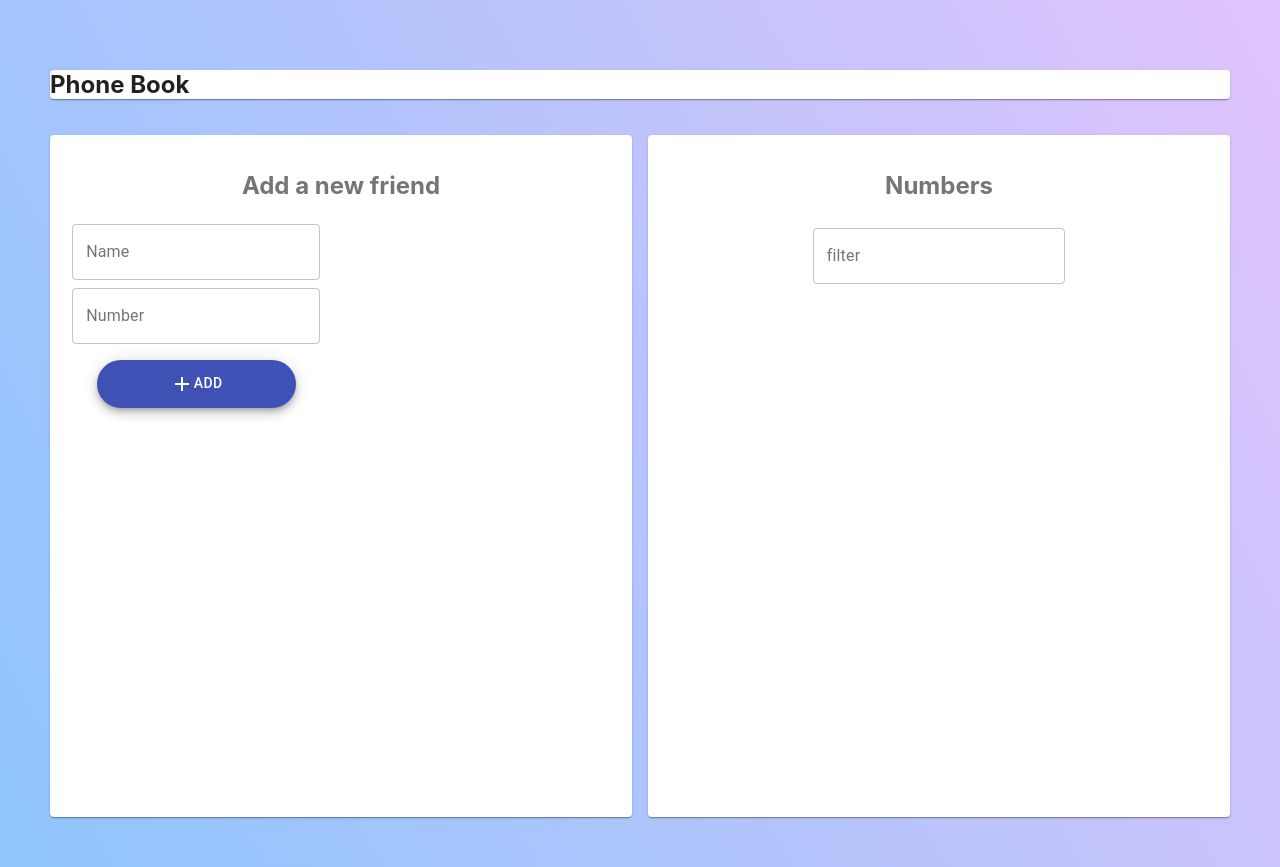
Repository: StacyLafume/phone-book
Page: / (app in phone-book/)
The author's editor kept a copy of each file at every save. The page is drawn from the files as they stood at one save, then again after the next save.
The browser window is 1280 px wide. The pictures show the whole page.
The page's requests for data from a server got no answer. The project was rebuilt for these pictures with package versions that can differ from the ones it lists, and the page was loaded fresh each time. No one was signed in, and anything a server would have sent is missing. Also part of the build but not shown: phone-book/src/PhoneBook.js.

Above is the page before, as saved 2021-04-02 02:23:05.

After the next save:
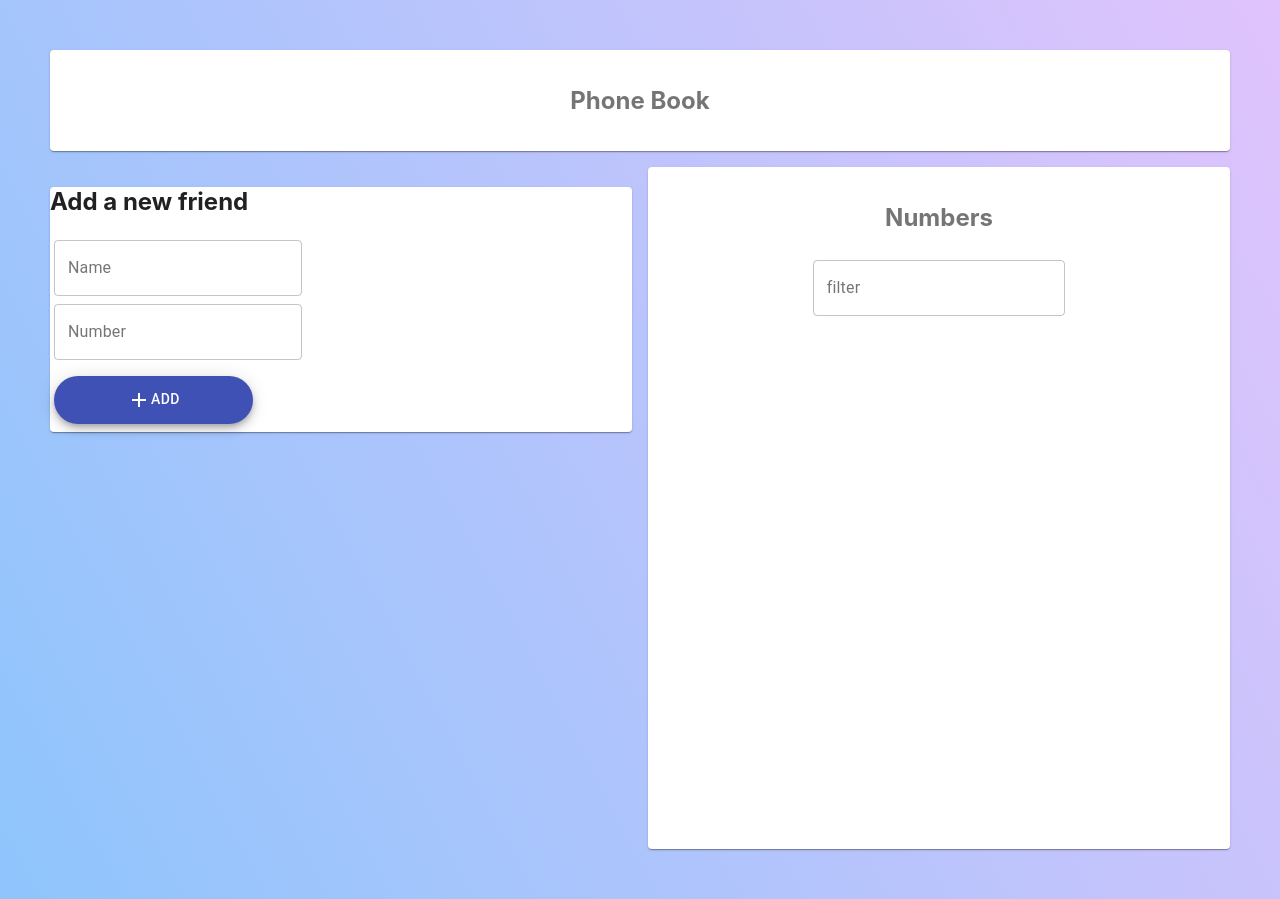
Saved 9 s later.
--- a/phone-book/src/App.js
+++ b/phone-book/src/App.js
@@ -34,17 +34,14 @@ const App = () => {
       height: 650,
 
     },
-
-    addFriend:{
+    header1: {
       padding: theme.spacing(2),
       justifyItems: 'center',
       color: theme.palette.text.secondary,
       overflow: 'auto',
-      textAlign: 'center',
-      height: 650,
-      justifyContent: 'center'
-
-    }
+      textAlign: 'center'
+    },
+
   }));
 
   // show data on the screen
